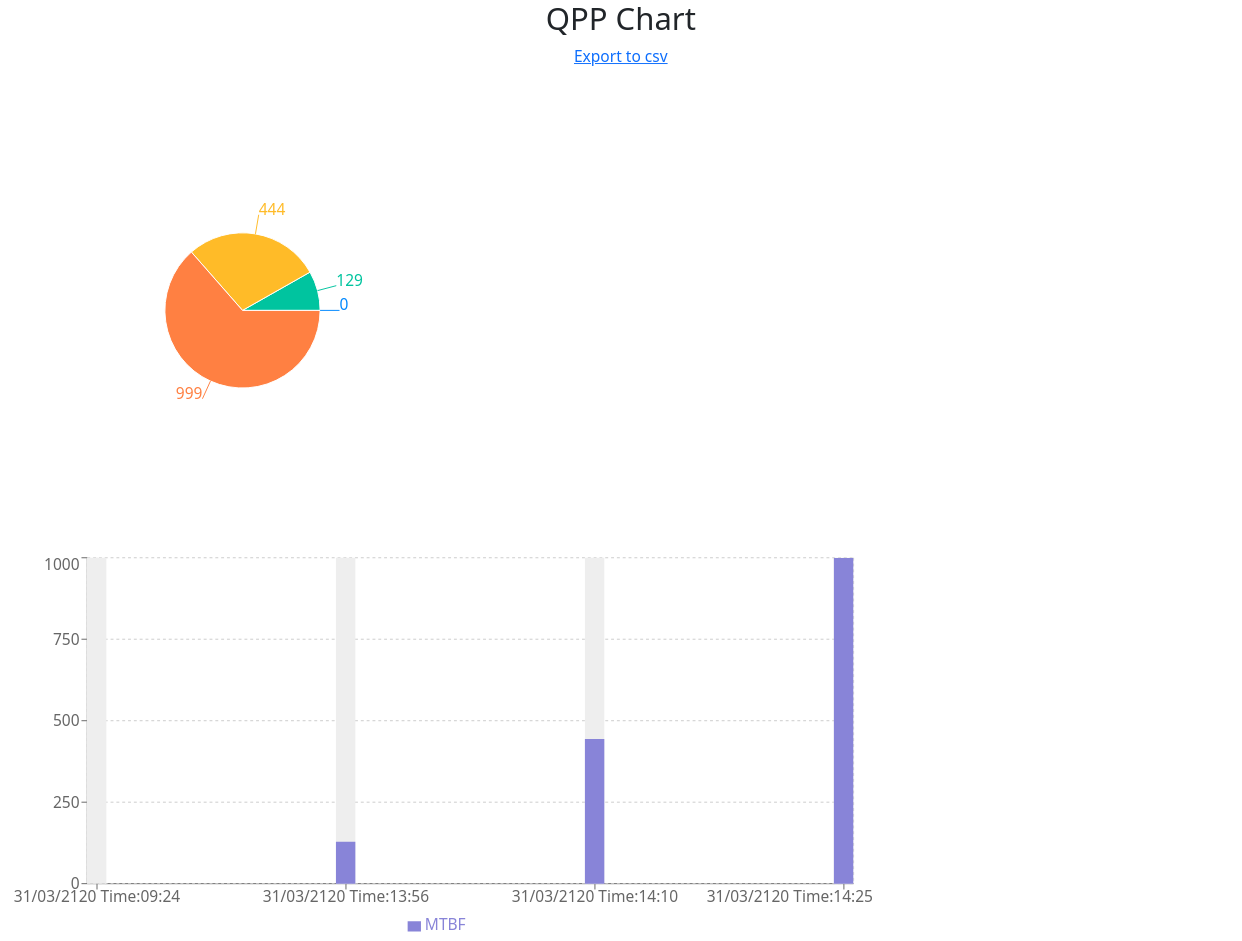
Repository: exiled-kal/ReactChartPrac
Page: /
These files come from the project's save history. The page is drawn as it stood at one moment and after the next save; the edit follows.
The browser window is 1280 px wide. The pictures show the whole page, at 97% of full size.
The project was rebuilt for these pictures with package versions that can differ from the ones it lists, and the page was loaded fresh each time.

Above is the page before, as saved 2021-04-18 19:19:37.

### src/App.js
import './App.css';
import {CSVLink} from 'react-csv';

import {
  PieChart,
  Pie,
  Tooltip,
  BarChart,
  Bar,
  XAxis,
  YAxis,
  CartesianGrid,
  Legend,
  Cell,
} from 'recharts';

const data = [
  {
    StartDateTime: '31/03/2120 Time:09:24',
    SystemUpTime: 6,
    OperationTime: 0,
    DownTime: 0,
    IdleTime: 0,
    MTBF: 0,
    MTBA: 0,
    TotalQuantityIn: 0,
    TotalQuantityOut: 0,
    TotalPassed: 0,
    TotalFailed: 0,
    TotalYield: 0,
    SoftJam: 0,
    HardJam: 0,
    SprintUPH: 514,
  },
  {
    LotID: 'QPP_Test',
    ProductType: 'RB',
    StartDateTime: '31/03/2120 Time:13:56',
    SystemUpTime: 499,
    OperationTime: 129,
    DownTime: 0,
    IdleTime: 364,
    MTBF: 129,
    MTBA: 129,
    TotalQuantityIn: 33,
    TotalQuantityOut: 12,
    TotalPassed: 2,
    TotalFailed: 10,
    TotalYield: 16,
    SoftJam: 0,
    HardJam: 0,
    SprintUPH: 514,
  },
  {
    LotID: 'QPP_Test',
    ProductType: 'RB',
    StartDateTime: '31/03/2120 Time:14:10',
    SystemUpTime: 1481,
    OperationTime: 444,
    DownTime: 0,
    IdleTime: 1028,
    MTBF: 444,
    MTBA: 444,
    TotalQuantityIn: 33,
    TotalQuantityOut: 28,
    TotalPassed: 4,
    TotalFailed: 24,
    TotalYield: 14,
    SoftJam: 0,
    HardJam: 0,
    SprintUPH: 514,
  },
  {
    LotID: 'QPP_Test',
    ProductType: 'RB',
    StartDateTime: '31/03/2120 Time:14:25',
    SystemUpTime: 2680,
    OperationTime: 999,
    DownTime: 0,
    IdleTime: 1581,
    MTBF: 999,
    MTBA: 999,
    TotalQuantityIn: 33,
    TotalQuantityOut: 170,
    TotalPassed: 61,
    TotalFailed: 109,
    TotalYield: 35,
    SoftJam: 0,
    HardJam: 0,
    SprintUPH: 514,
  },
];

const COLORS = ['#0088FE', '#00C49F', '#FFBB28', '#FF8042', '#ff0000'];

const csvReport = {
  filename: './data/data.csv',
  data: data,
};

function App() {
  return (
    <div style={{textAlign: 'center'}}>
      <h2>QPP Chart</h2>
      <CSVLink {...csvReport}>Export to csv</CSVLink>
      <br />
      <div className="App">
        <PieChart width={500} height={500}>
          <Pie
            dataKey="MTBF"
            isAnimationActive={true}
            data={data}
            cx="50%"
            cy="50%"
            outerRadius={80}
            fill="#8884d8"
            label="Start Date Time"
          >
            {data.map((entry, index) => (
              <Cell
                key={`cell-${index}`}
                fill={COLORS[index % COLORS.length]}
              />
            ))}
          </Pie>
          <Tooltip />
        </PieChart>
        <BarChart
          width={900}
          height={400}
          data={data}
          margin={{
            top: 5,
            right: 20,
            left: 30,
            bottom: 5,
          }}
          barSize={20}
        >
          <XAxis
            dataKey="StartDateTime"
            scale="point"
            padding={{left: 10, right: 10}}
          />

          <YAxis />
          <Tooltip />
          <Legend />
          <CartesianGrid strokeDasharray="3 3" />
          <Bar dataKey="MTBF" fill="#8884d8" background={{fill: '#eee'}} />
        </BarChart>
      </div>
    </div>
  );
}

export default App;

### src/App.css
.App {
  text-align: center;
  /* display: flex; */
  justify-content: space-around;
  align-items: center;
  background-color: #ffff;
}

.csv {

}

Loaded but not shown: public/index.html (common file); src/index.js (common file); src/index.css (common file); src/reportWebVitals.js (common file)

After the next save:
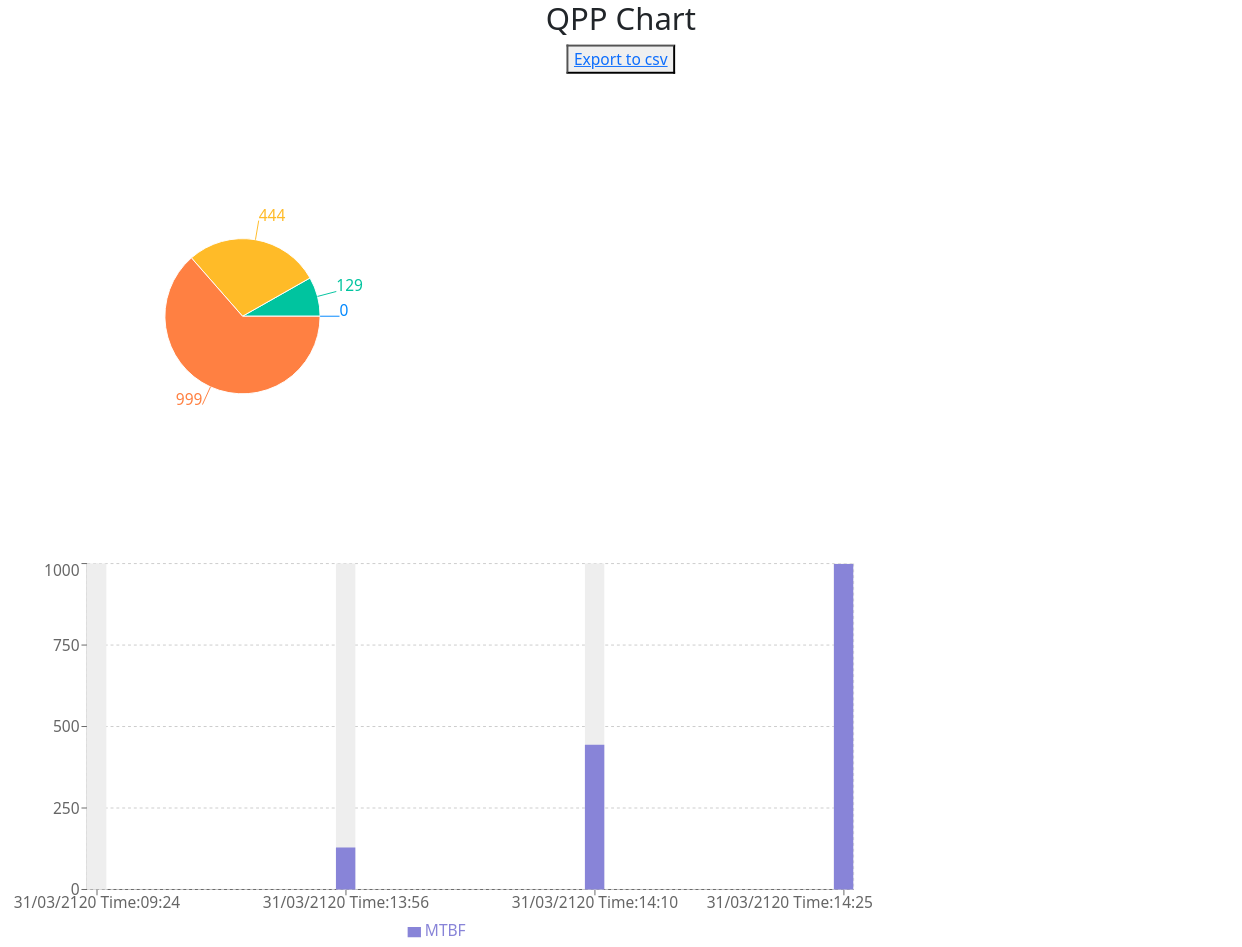
Saved 8 s later.
--- a/src/App.js
+++ b/src/App.js
@@ -102,7 +102,9 @@ function App() {
   return (
     <div style={{textAlign: 'center'}}>
       <h2>QPP Chart</h2>
-      <CSVLink {...csvReport}>Export to csv</CSVLink>
+      <button>
+        <CSVLink {...csvReport}>Export to csv</CSVLink>
+      </button>
       <br />
       <div className="App">
         <PieChart width={500} height={500}>
